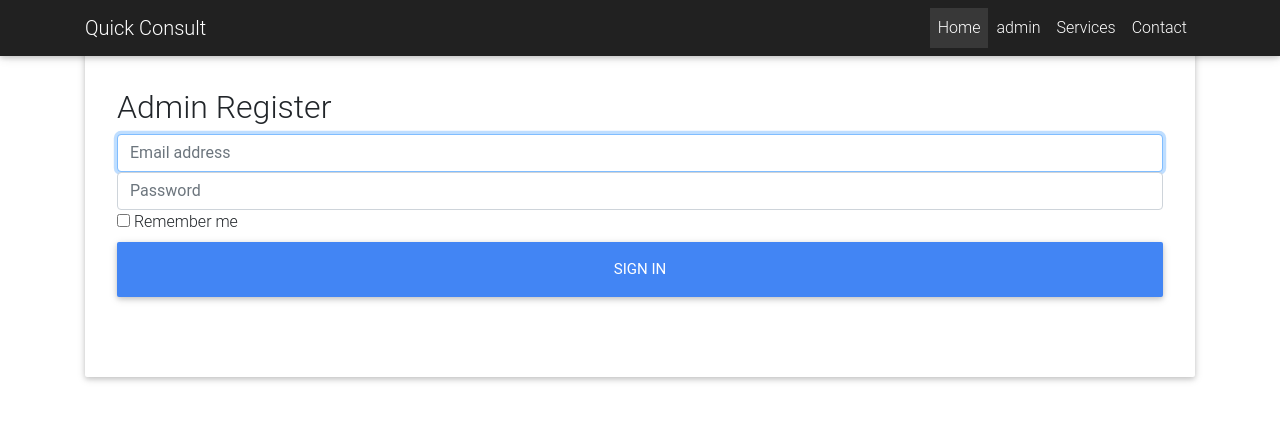
Repository: yogz-joshi/quick_consult
Page: work/v2/views/signin.ejs
The author's editor kept a record of every edit. The page is drawn from the files as they stood at one moment, then again after the next edit.
The browser window is 1280 px wide. The pictures show the whole page.
Some web libraries are served in a nearby version. The page is served by the project's Node server (work/v2/app.js). The template is opened directly, without the code that normally fills it, so the values that code supplies are empty.

Above is the page before.

After the next edit:
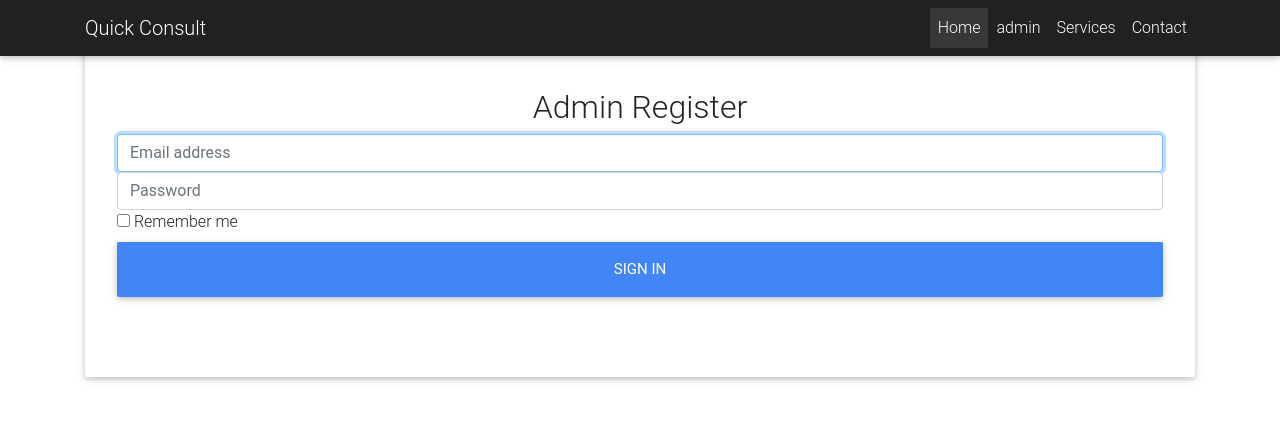
The edit:
--- a/work/v2/views/signin.ejs
+++ b/work/v2/views/signin.ejs
@@ -2,8 +2,8 @@
 <div class="container">
 <div class="jumbotron">
       <form class="form-signin" action="/register" method="POST">
-        <h2 class="form-signin-heading">Admin Register</h2>
-        <label for="inputEmail" class="sr-only">Email address</label>
+        <h2 class="form-signin-heading text-center">Admin Register</h2>
+
         <input type="email" id="inputEmail" class="form-control" name="username" placeholder="Email address" required autofocus>
         <label for="inputPassword" class="sr-only">Password</label>
         <input type="password" id="inputPassword" class="form-control" name="password" placeholder="Password" required>
